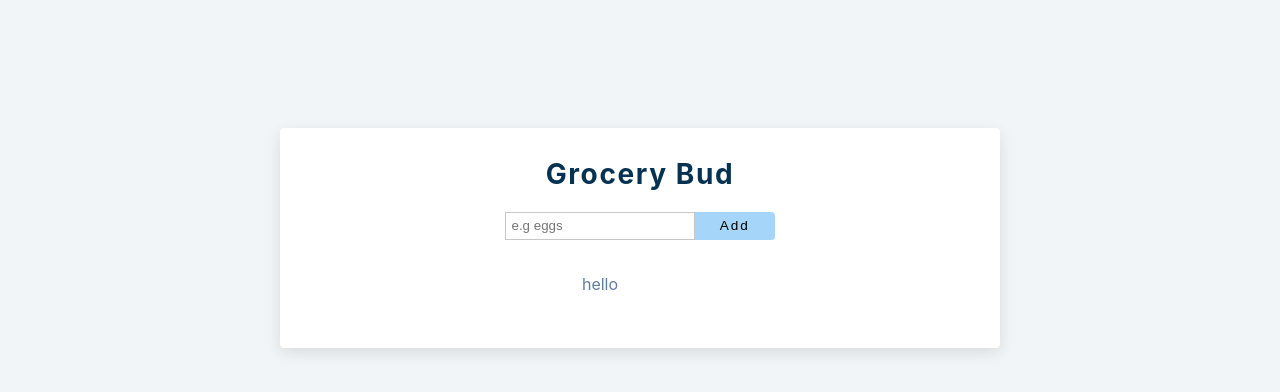
Repository: NavidJalilian/react-projects
Page: / (app in groceryBud-project/)
The author's editor kept a copy of each file at every save. The page is drawn from the files as they stood at one save, then again after a run of saves.
The browser window is 1280 px wide. The pictures show the whole page.
The project was rebuilt for these pictures with package versions that can differ from the ones it lists, and the page was loaded fresh each time. Also part of the build but not shown: groceryBud-project/src/Alert.js, groceryBud-project/src/Test.js.

Above is the page before, as saved 2022-04-29 00:04:42.

### groceryBud-project/src/index.css
/*
===============
Variables
===============
*/

:root {
  /* dark shades of primary color*/
  --clr-primary-1: hsl(205, 86%, 17%);
  --clr-primary-2: hsl(205, 77%, 27%);
  --clr-primary-3: hsl(205, 72%, 37%);
  --clr-primary-4: hsl(205, 63%, 48%);
  /* primary/main color */
  --clr-primary-5: hsl(205, 78%, 60%);
  /* lighter shades of primary color */
  --clr-primary-6: hsl(205, 89%, 70%);
  --clr-primary-7: hsl(205, 90%, 76%);
  --clr-primary-8: hsl(205, 86%, 81%);
  --clr-primary-9: hsl(205, 90%, 88%);
  --clr-primary-10: hsl(205, 100%, 96%);
  /* darkest grey - used for headings */
  --clr-grey-1: hsl(209, 61%, 16%);
  --clr-grey-2: hsl(211, 39%, 23%);
  --clr-grey-3: hsl(209, 34%, 30%);
  --clr-grey-4: hsl(209, 28%, 39%);
  /* grey used for paragraphs */
  --clr-grey-5: hsl(210, 22%, 49%);
  --clr-grey-6: hsl(209, 23%, 60%);
  --clr-grey-7: hsl(211, 27%, 70%);
  --clr-grey-8: hsl(210, 31%, 80%);
  --clr-grey-9: hsl(212, 33%, 89%);
  --clr-grey-10: hsl(210, 36%, 96%);
  --clr-white: #fff;
  --clr-red-dark: hsl(360, 67%, 44%);
  --clr-red-light: hsl(360, 71%, 66%);
  --clr-green-dark: hsl(125, 67%, 44%);
  --clr-green-light: hsl(125, 71%, 66%);
  --clr-black: #222;
  --transition: all 0.3s linear;
  --spacing: 0.1rem;
  --radius: 0.25rem;
  --light-shadow: 0 5px 15px rgba(0, 0, 0, 0.1);
  --dark-shadow: 0 5px 15px rgba(0, 0, 0, 0.2);
  --max-width: 1170px;
  --fixed-width: 620px;
}
/*
===============
Global Styles
===============
*/

*,
::after,
::before {
  margin: 0;
  padding: 0;
  box-sizing: border-box;
}
body {
  font-family: -apple-system, BlinkMacSystemFont, "Segoe UI", Roboto, Oxygen,
    Ubuntu, Cantarell, "Open Sans", "Helvetica Neue", sans-serif;
  background: var(--clr-grey-10);
  color: var(--clr-grey-1);
  line-height: 1.5;
  font-size: 0.875rem;
}
ul {
  list-style-type: none;
}
input {
  padding: 0.4em;
  outline: none;
  border: none;
  border: 1px solid rgba(128, 128, 128, 0.445);
}
input:focus {
  border-width: 2px;
}
input a {
  text-decoration: none;
}
h1,
h2,
h3,
h4 {
  letter-spacing: var(--spacing);
  text-transform: capitalize;
  line-height: 1.25;
  margin-bottom: 0.75rem;
}
h1 {
  font-size: 3rem;
}
h2 {
  font-size: 2rem;
}
h3 {
  font-size: 1.25rem;
}
h4 {
  font-size: 0.875rem;
}
p {
  margin-bottom: 1.25rem;
  color: var(--clr-grey-5);
}
@media screen and (min-width: 800px) {
  h1 {
    font-size: 4rem;
  }
  h2 {
    font-size: 2.5rem;
  }
  h3 {
    font-size: 1.75rem;
  }
  h4 {
    font-size: 1rem;
  }
  body {
    font-size: 1rem;
  }
  h1,
  h2,
  h3,
  h4 {
    line-height: 1;
  }
}
.btn {
  text-transform: uppercase;
  background: transparent;
  color: var(--clr-black);
  padding: 0.375rem 0.75rem;
  letter-spacing: var(--spacing);
  display: inline-block;
  transition: var(--transition);
  font-size: 0.875rem;
  border: 2px solid var(--clr-black);
  cursor: pointer;
  box-shadow: 0 1px 3px rgba(0, 0, 0, 0.2);
  border-radius: var(--radius);
}
.btn:hover {
  color: var(--clr-white);
  background: var(--clr-black);
}
/* section */
.section {
  padding: 5rem 0;
}

.section-center {
  width: 90vw;
  margin: 0 auto;
  max-width: 45rem;
  margin-top: 8rem;
}
@media screen and (min-width: 992px) {
  .section-center {
    width: 95vw;
  }
}
main {
  min-height: 100vh;
  display: grid;
  place-items: center;
}
/*
===============
Grocery List
===============
*/
.section-center {
  background: var(--clr-white);
  border-radius: var(--radius);
  box-shadow: var(--light-shadow);
  transition: var(--transition);
  padding: 2rem;
}
.section-center:hover {
  box-shadow: var(--dark-shadow);
}
.alert {
  /* margin-bottom: 1rem; */
  height: 1.5rem;
  display: grid;
  align-items: center;
  text-align: center;
  font-size: 0.7rem;
  border-radius: 0.25rem;
  letter-spacing: var(--spacing);
  text-transform: capitalize;
  padding: 0.5em 0;
  animation: enterBounce 0.4s ease-in-out;
}

@keyframes enterBounce {
  0% {
    transform: translateY(19px);
  }
  50% {
    transform: translateY(-10px);
  }
  100% {
    transform: translateY(0);
  }
}

.alert-danger {
  color: #dac8c9;
  font-weight: bold;
  background: #af1320;
}
.alert-success {
  color: white;
  background-color: #208d39;
}
.grocery-form h3 {
  color: var(--clr-primary-1);
  margin-bottom: 1.5rem;
  text-align: center;
}
.form-control {
  display: flex;
  justify-content: center;
}
.grocery {
  padding: 0.25rem;
  padding-left: 1rem;
  background: var(--clr-grey-10);
  border-top-left-radius: var(--radius);
  border-bottom-left-radius: var(--radius);
  border-color: transparent;
  font-size: 1rem;
  flex: 1 0 auto;
  color: var(--clr-grey-5);
}
.grocery::placeholder {
  font-family: var(--ff-secondary);
  color: var(--clr-grey-5);
}
.submit-btn {
  background: var(--clr-primary-8);
  border-color: transparent;
  flex: 0 0 5rem;
  display: grid;
  align-items: center;
  padding: 0.25rem;
  text-transform: capitalize;
  letter-spacing: 2px;
  border-top-right-radius: var(--radius);
  border-bottom-right-radius: var(--radius);
  cursor: pointer;
  content: var(--clr-primary-5);
  transition: var(--transition);
  font-size: 0.85rem;
}
.submit-btn:hover {
  background: var(--clr-primary-5);
  color: var(--clr-white);
}

.grocery-container {
  margin-top: 2rem;
}

.grocery-item {
  display: flex;
  align-items: center;
  justify-content: space-between;
  margin-bottom: 0.5rem;
  transition: var(--transition);
  padding: 0.25rem 1rem;
  border-radius: var(--radius);
  text-transform: capitalize;
}
.grocery-item:hover {
  color: var(--clr-grey-5);
  background: var(--clr-grey-10);
}
.grocery-item:hover .title {
  color: var(--clr-grey-5);
}
.title {
  margin-bottom: 0;
  color: var(--clr-grey-1);
  letter-spacing: 2px;
  transition: var(--transition);
}
.edit-btn,
.delete-btn {
  background: transparent;
  border-color: transparent;
  cursor: pointer;
  font-size: 0.7rem;
  margin: 0 0.15rem;
  transition: var(--transition);
}
.edit-btn {
  color: var(--clr-green-light);
}
.edit-btn:hover {
  color: var(--clr-green-dark);
}
.delete-btn {
  color: var(--clr-red-light);
}
.delete-btn:hover {
  color: var(--clr-red-dark);
}
.clear-btn {
  text-transform: capitalize;
  width: 10rem;
  height: 1.5rem;
  display: grid;
  align-items: center;
  background: transparent;
  border-color: transparent;
  color: var(--clr-red-light);
  margin: 0 auto;
  font-size: 0.85rem;
  letter-spacing: var(--spacing);
  cursor: pointer;
  transition: var(--transition);
  margin-top: 1.25rem;
}
.clear-btn:hover {
  color: var(--clr-red-dark);
}

### groceryBud-project/src/App.js
import React, { useState, useEffect } from "react";
import List from "./List";
import Alert from "./Alert";
import Test from "./Test";
const getLocsaStorage = () => {
  const list = localStorage.getItem("list");
  return list ? JSON.parse(localStorage.getItem("list")) : [];
};
function App() {
  const [name, setName] = useState("");
  const [list, setList] = useState(getLocsaStorage());
  const [isEditing, setIsEditing] = useState(false);
  const [editId, setEditId] = useState(null);
  const [alert, setAlert] = useState({ show: false, msg: "", type: "" });

  useEffect(() => {
    localStorage.setItem("list", JSON.stringify(list));
  }, [list]);
  const removeAlert = (show = false, type = "", msg = "") => {
    setAlert({ show, type, msg });
  };

  function handleSubmit(e) {
    e.preventDefault();
    if (!name) {
      //display alert
      setAlert({ show: true, msg: "Enter item first !", type: "danger" });
    } else if (name && isEditing) {
      //deal with edit
      setList(
        list.map((item) => {
          return item.id === editId ? { ...item, title: name } : item;
        })
      );
      setName("");
      setIsEditing(null);
      setEditId(false);
      setAlert({ show: true, msg: "Item edited !", type: "success" });
    } else {
      //show alert
      const newItem = { id: new Date().getTime().toString(), title: name };
      setList([...list, newItem]);
      setName("");
      setAlert({ show: true, msg: "item added to the list", type: "success" });
    }
  }

  function clearList() {
    if (list.length === 0) {
      setAlert({ show: true, msg: "nothing to delete", type: "danger" });
      return;
    }
    setList([]);
    setAlert({ show: true, msg: "empty list", type: "success" });
    setList([]);
  }

  function removeItem(id) {
    //remove item from list
    const newList = list.filter((item) => item.id !== id);
    setAlert({
      show: true,
      msg: "item removed from the list",
      type: "success",
    });
    setList(newList);
  }

  function editItem(id) {
    const specificItem = list.find((item) => item.id === id);
    setIsEditing(true);
    setEditId(id);
    setName(specificItem.title);
  }

  return (
    <section className="section-center">
      <form
        action=""
        method=""
        className="grocery-form"
        onSubmit={handleSubmit}
      >
        {alert.show && (
          <Alert {...alert} removeAlert={removeAlert} list={list} />
        )}
        <h3>grocery bud</h3>
        <div className="form-control">
          <input
            type="text"
            placeholder="e.g eggs"
            value={name}
            onChange={(e) => setName(e.target.value)}
          />
          <button type="submit" className="submit-btn">
            {isEditing ? "update" : "add"}
          </button>
        </div>
      </form>
      <div className="grocery-container">
        <p style={{ textAlign: "center", marginRight: "5rem" }}>hello</p>
        <List list={list} removeItem={removeItem} editItem={editItem} />
        {list.length > 0 && (
          <button className="clear-btn" onClick={clearList}>
            clear items
          </button>
        )}
      </div>
    </section>
  );
}

export default App;

Loaded but not shown: groceryBud-project/public/index.html (common file); groceryBud-project/src/index.js (common file); groceryBud-project/src/List.js (common file)

After the next 2 saves:
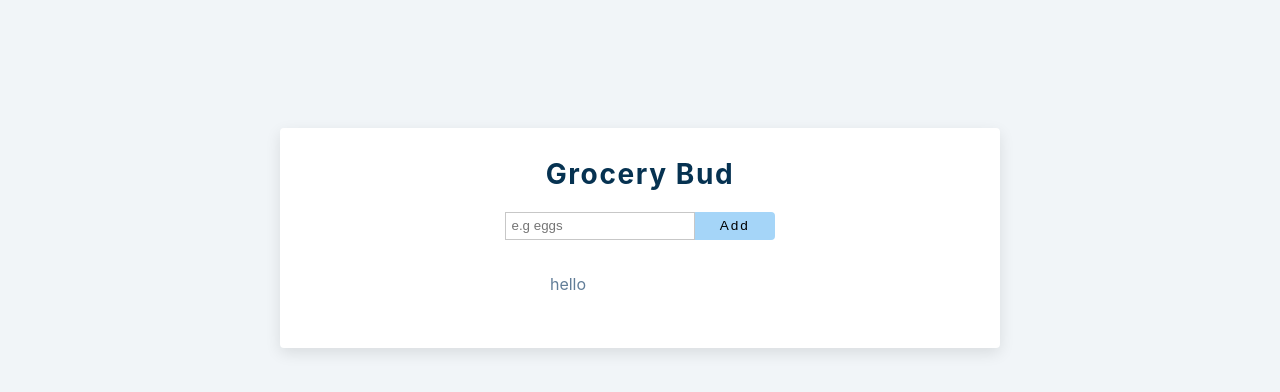
The 2 saves are shown as one change because they came seconds apart.
The last was saved 7 s later.
--- a/groceryBud-project/src/App.js
+++ b/groceryBud-project/src/App.js
@@ -98,7 +98,7 @@ function App() {
         </div>
       </form>
       <div className="grocery-container">
-        <p style={{ textAlign: "center", marginRight: "5rem" }}>hello</p>
+        <p style={{ textAlign: "center", marginRight: "9rem" }}>hello</p>
         <List list={list} removeItem={removeItem} editItem={editItem} />
         {list.length > 0 && (
           <button className="clear-btn" onClick={clearList}>
